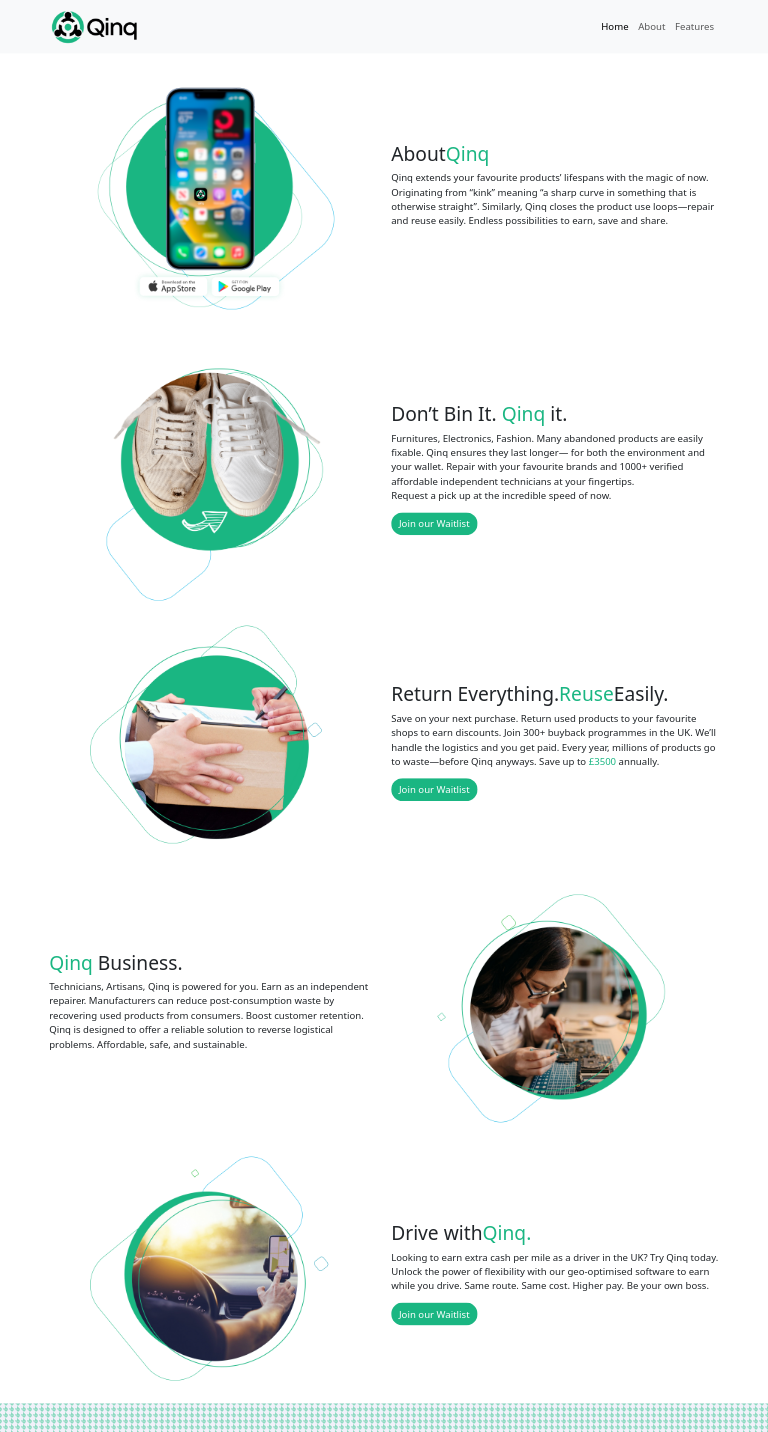
Repository: HelloQinq2023/qinq.github.io
Page: index.html
These files come from the project's save history. The page is drawn as it stood at one moment and after the next save; the edit follows.
The browser window is 1280 px wide. The pictures show the whole page, at 60% of full size.

Above is the page before, as saved 2023-02-22 16:33:21.

### index.html
<!doctype html>
<html lang="en">
  <head>
    <meta charset="utf-8">
    <meta name="viewport" content="width=device-width, initial-scale=1">
    <title>Qinq</title>
    <link href="https://cdn.jsdelivr.net/npm/bootstrap@5.3.0-alpha1/dist/css/bootstrap.min.css" rel="stylesheet" integrity="sha384-GLhlTQ8iRABdZLl6O3oVMWSktQOp6b7In1Zl3/Jr59b6EGGoI1aFkw7cmDA6j6gD" crossorigin="anonymous">
    <link rel="stylesheet" type="text/css" href="css/style.css" />
  </head>
  <body>
    <nav class="navbar navbar-expand-lg bg-body-tertiary">
        <div class="container">
          <a class="navbar-brand" href="#"><img src="images/logo.png" class="w-50"></a>
          <button class="navbar-toggler" type="button" data-bs-toggle="collapse" data-bs-target="#navbarNav" aria-controls="navbarNav" aria-expanded="false" aria-label="Toggle navigation">
            <span class="navbar-toggler-icon"></span>
          </button>
          <div class="collapse navbar-collapse" id="navbarNav">
            <ul class="navbar-nav ms-auto">
              <li class="nav-item">
                <a class="nav-link active" aria-current="page" href="#">Home</a>
              </li>
              <li class="nav-item">
                <a class="nav-link" href="#">About</a>
              </li>
              <li class="nav-item">
                <a class="nav-link" href="#">Features</a>
              </li>
            </ul>
          </div>
        </div>
      </nav>

      <section id="about">
        <div class="container py-3 mt-2">
            <div class="row">
                <div class="col-md-6 d-flex justify-content-center align-items-center">
                    <img src="images/about1.png" class="w-75 img-fluid img-responsive img">
                </div>
                <div class="col-md-6 d-flex justify-content-center align-items-center">
                    <div>
                        <h2>About<span class="green">Qinq</span></h2>
                        <p>Qinq extends your favourite products’ lifespans with the magic of now.
                            Originating from “kink” meaning “a sharp curve in something that is otherwise straight”. Similarly, Qinq closes the product use loops—repair and reuse easily. Endless possibilities to earn, save and share.</p>
                    </div>
                </div>
            </div>
        </div>

        <div class="container py-3 mt-2">
            <div class="row">
                <div class="col-md-6 d-flex justify-content-center align-items-center order-sm-2">
                    <div>
                        <h2>Don’t Bin It. <span class="green">Qinq</span> it.</h2>
                        <p>Furnitures, Electronics, Fashion.
                            Many abandoned products are easily fixable. Qinq ensures they last longer— for both the environment and your wallet.
                            Repair with your favourite brands and 1000+ verified affordable independent technicians at your fingertips.
                            <br>
                            Request a pick up at the incredible speed of now.</p>
                            <button class="btn greenbg text-white rounded-pill"> Join our Waitlist</button>
                    </div>
                </div>
                <div class="col-md-6 d-flex justify-content-center align-items-center">
                    <img src="images/about2.png" class="w-75 img-fluid img-responsive img">
                </div>
            </div>

        </div>
      </section>

      <section id="features">
        <div class="container py-3 mt-2">
            <div class="row">
                <div class="col-md-6 d-flex justify-content-center align-items-center">
                    <img src="images/features.png" class="w-75 img-fluid img-responsive img">
                </div>
                <div class="col-md-6 d-flex justify-content-center align-items-center">
                    <div>
                        <h2>Return Everything.<span class="green">Reuse</span>Easily.</h2>
                        <p>Save on your next purchase. Return used products to your favourite shops to earn discounts. Join 300+ buyback programmes in the UK. We’ll handle the logistics and you get paid.
                            Every year, millions of products go to waste—before Qinq anyways. Save up to <span class="green">£3500</span> annually.</p>

                            <button class="btn greenbg text-white rounded-pill"> Join our Waitlist</button>
                    </div>
                </div>
            </div>
        </div>

        <div class="container py-3 mt-2">
            <div class="row">
                <div class="col-md-6 d-flex justify-content-center align-items-center">
                    <div>
                        <h2><span class="green">Qinq</span> Business.</h2>
                        <p>Technicians, Artisans, Qinq is powered for you. Earn as an independent repairer.
                            Manufacturers can reduce post-consumption waste by recovering used products from consumers. Boost customer retention. Qinq is designed to offer a reliable solution to reverse logistical problems. Affordable, safe, and sustainable.</p>
                    </div>
                </div>
                <div class="col-md-6 d-flex justify-content-center align-items-center">
                    <img src="images/features1.png" class="w-75 img-fluid img-responsive img">
                </div>
            </div>

        </div>


        <div class="container py-3 mt-2">
            <div class="row">
                <div class="col-md-6 d-flex justify-content-center align-items-center">
                    <img src="images/features2.png" class="w-75 img-fluid img-responsive img">
                </div>
                <div class="col-md-6 d-flex justify-content-center align-items-center">
                    <div>
                        <h2>Drive with<span class="green">Qinq.</span></h2>
                        <p>Looking to earn extra cash per mile as a driver in the UK? Try Qinq today.
                            Unlock the power of flexibility with our geo-optimised software to earn while you drive.
                            Same route. Same cost. Higher pay. Be your own boss.</p>

                            <button class="btn greenbg text-white rounded-pill"> Join our Waitlist</button>
                    </div>
                </div>
            </div>
        </div>
      </section>

      <section id="imagine" style="background-color: #e5e5f7;
      opacity: 0.5;
      background-image:  linear-gradient(135deg, #1ab682 25%, transparent 25%), linear-gradient(225deg, #1ab682 25%, transparent 25%), linear-gradient(45deg, #1ab682 25%, transparent 25%), linear-gradient(315deg, #1ab682 25%, #e5e5f7 25%);
      background-position:  10px 0, 10px 0, 0 0, 0 0;
      background-size: 10px 10px;
      background-repeat: repeat;">
        <div class="py-4 container">
        </div>
      </section>
    <script src="https://cdn.jsdelivr.net/npm/bootstrap@5.3.0-alpha1/dist/js/bootstrap.bundle.min.js" integrity="sha384-w76AqPfDkMBDXo30jS1Sgez6pr3x5MlQ1ZAGC+nuZB+EYdgRZgiwxhTBTkF7CXvN" crossorigin="anonymous"></script>
  </body>
</html>

### css/style.css
.green{
    color:#1ab682
}

.greenbg{
    background-color: #1ab682;
}

After the next save:
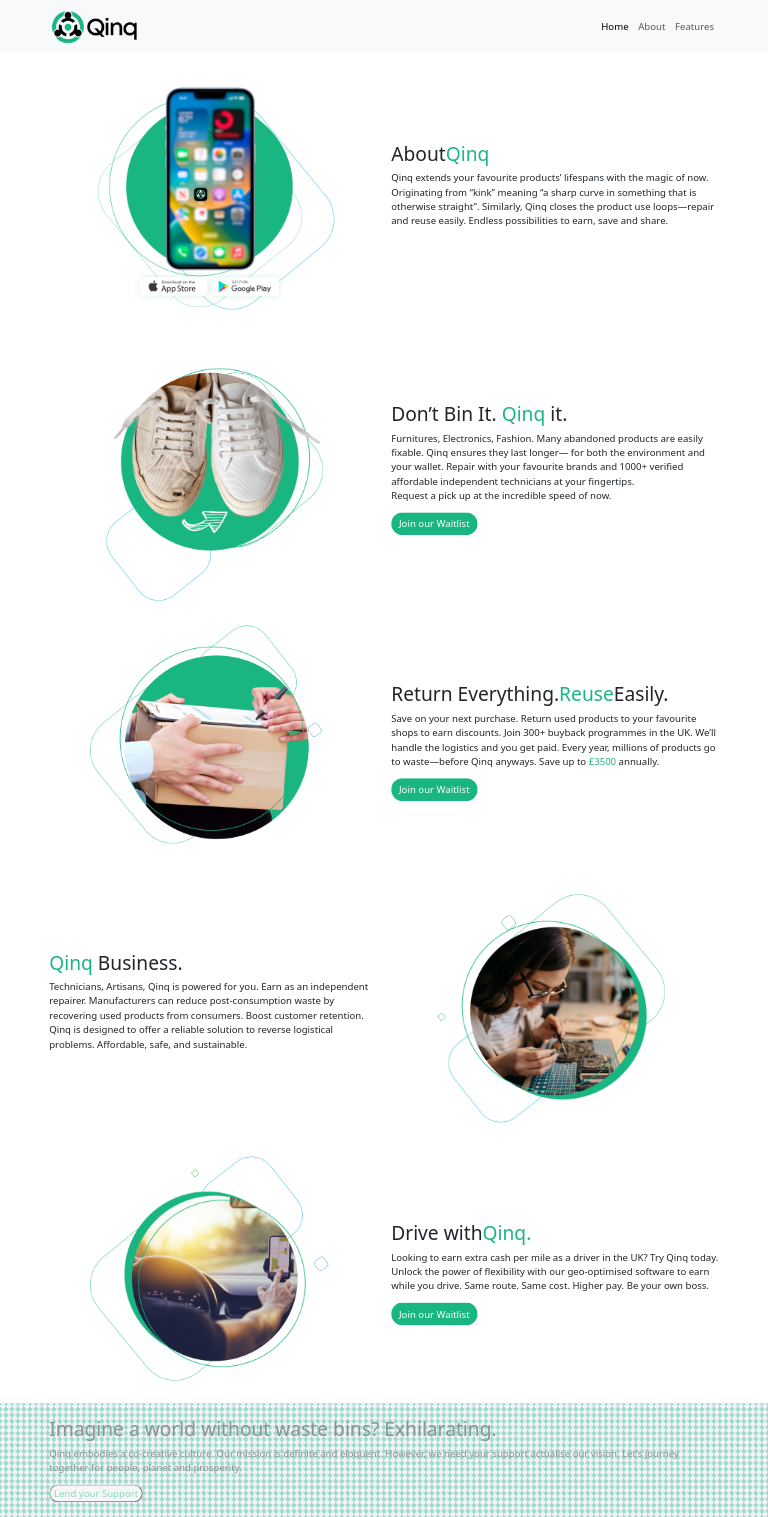
Saved 113 s later.
--- a/index.html
+++ b/index.html
@@ -128,6 +128,10 @@
       background-size: 10px 10px;
       background-repeat: repeat;">
         <div class="py-4 container">
+            <h2>Imagine a world without waste bins? Exhilarating.</h2>
+            <p>Qinq embodies a co-creative culture.
+                Our mission is definite and eloquent. However, we need your support actualise our vision. Let’s journey together for people, planet and prosperity.</p>
+                <button class="btn-white green rounded-pill">Lend your Support</button>
         </div>
       </section>
     <script src="https://cdn.jsdelivr.net/npm/bootstrap@5.3.0-alpha1/dist/js/bootstrap.bundle.min.js" integrity="sha384-w76AqPfDkMBDXo30jS1Sgez6pr3x5MlQ1ZAGC+nuZB+EYdgRZgiwxhTBTkF7CXvN" crossorigin="anonymous"></script>
